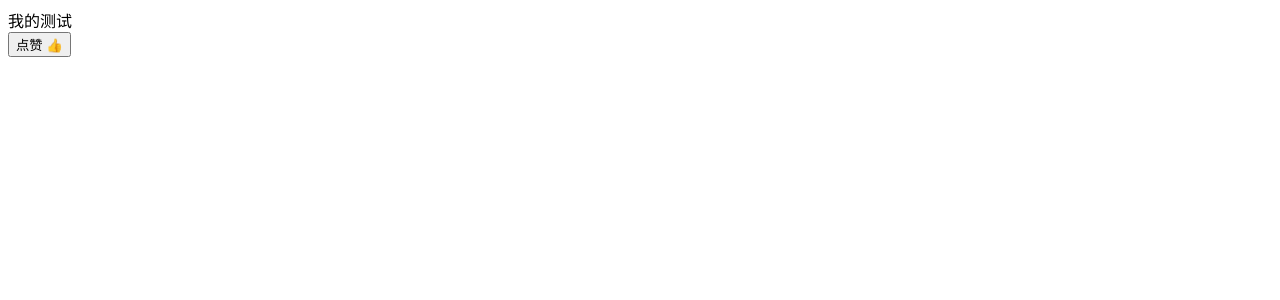
Repository: tongshoutongjiao/reactBook-Project
Page: reactBook/r5.html
The author's editor kept a copy of each file at every save. The page is drawn from the files as they stood at one save, then again after the next save.
The browser window is 1280 px wide. The pictures show the whole page.

Above is the page before, as saved 2021-09-02 15:16:04.

After the next save:
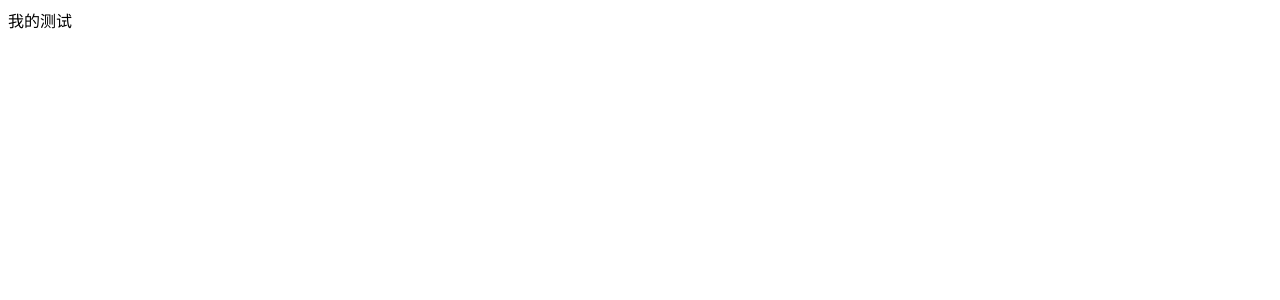
Console error (its wording comes from the project's code and is left out).
Saved 47 s later.
--- a/reactBook/r5.html
+++ b/reactBook/r5.html
@@ -40,7 +40,7 @@
 
         class LikeButton extends Component {
             constructor() {
-                super()
+                // super()
                 this.state = {
                     isLiked: false
                 }

After the save that followed:
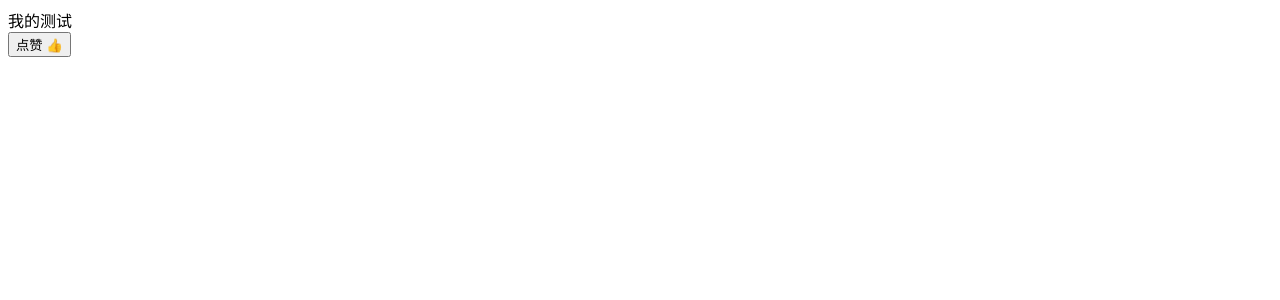
The error is gone.
Saved 18 s later.
--- a/reactBook/r5.html
+++ b/reactBook/r5.html
@@ -40,7 +40,7 @@
 
         class LikeButton extends Component {
             constructor() {
-                // super()
+                super()
                 this.state = {
                     isLiked: false
                 }
